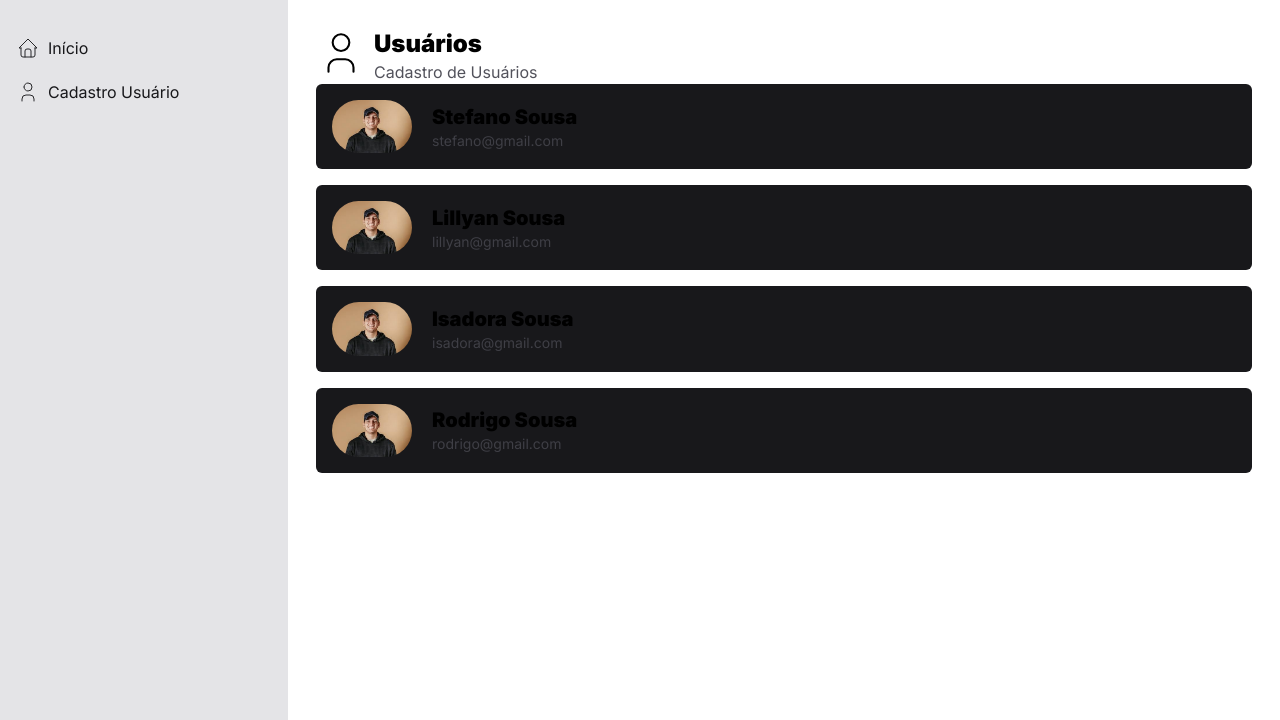
Repository: stefanosousaa/app-bd
Page: /usuarios
An editor plug-in stored every save of this project. The page is shown before and after the next save, followed by the edit.
The browser window is 1280 px wide. The pictures show the whole page.
The project was rebuilt for these pictures with package versions that can differ from the ones it lists, and the page was loaded fresh each time. The framework's server and built-in components were replaced by stand-ins that run in the browser. Also part of the build but not shown: next.config.mjs.

Above is the page before, as saved 2024-05-25 23:58:49.

After the next save:
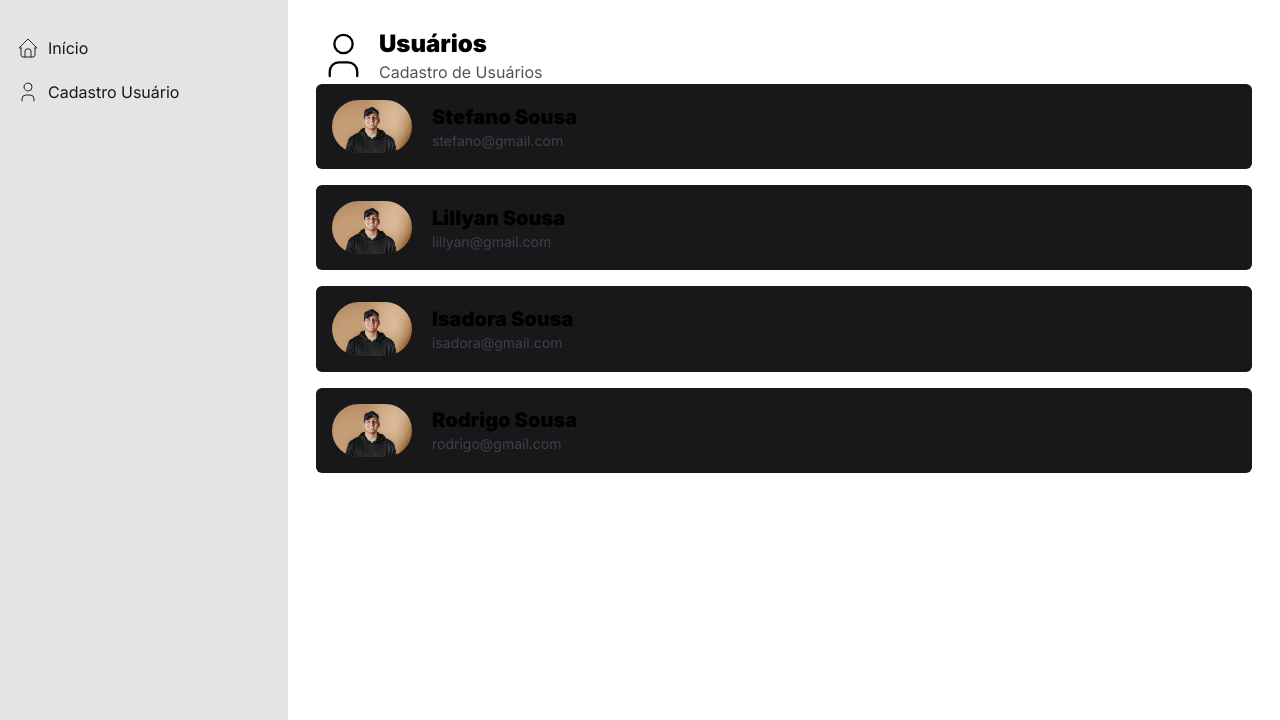
Saved 22 s later.
--- a/src/app/components/template/Titulo.tsx
+++ b/src/app/components/template/Titulo.tsx
@@ -9,7 +9,7 @@ export interface TituloProps {
 export default function Titulo(props: TituloProps){
     return(
           <div className="flex gap-2">
-            <props.icone size={50} stroke={1}/>
+            <props.icone size={55} stroke={1}/>
             <div className="flex flex-col">
                 <h1 className="text-2xl font-black">{props.principal}</h1>
                 <h2 className="text-zinc-600">{props.secundario}</h2>
